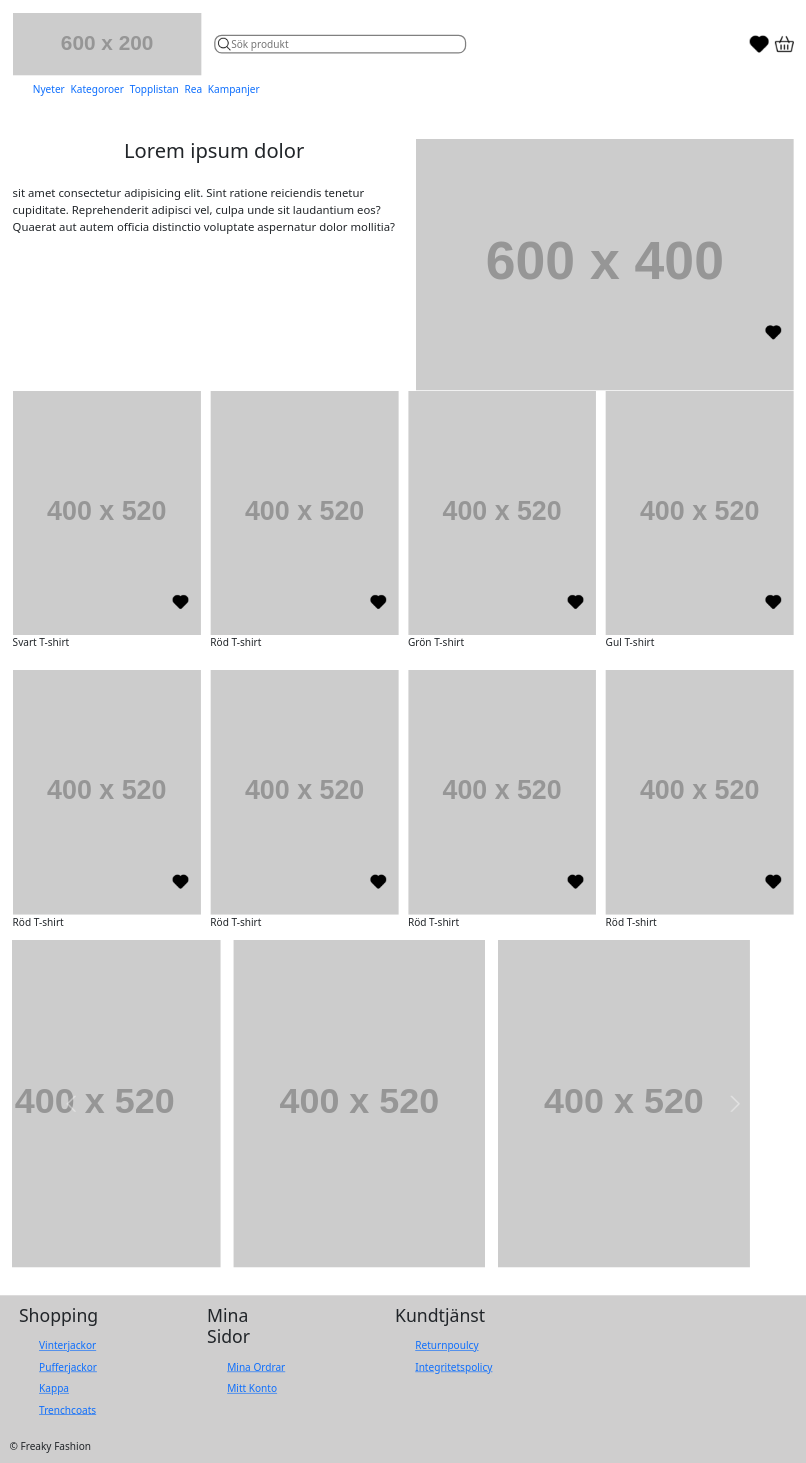
Repository: Kalle1995/project
Page: index.html
These files come from the project's save history. The page is drawn as it stood at one moment and after the next save; the edit follows.
The browser window is 1280 px wide. The pictures show the whole page, at 63% of full size.

Above is the page before, as saved 2024-10-06 20:27:39.

After the next save:
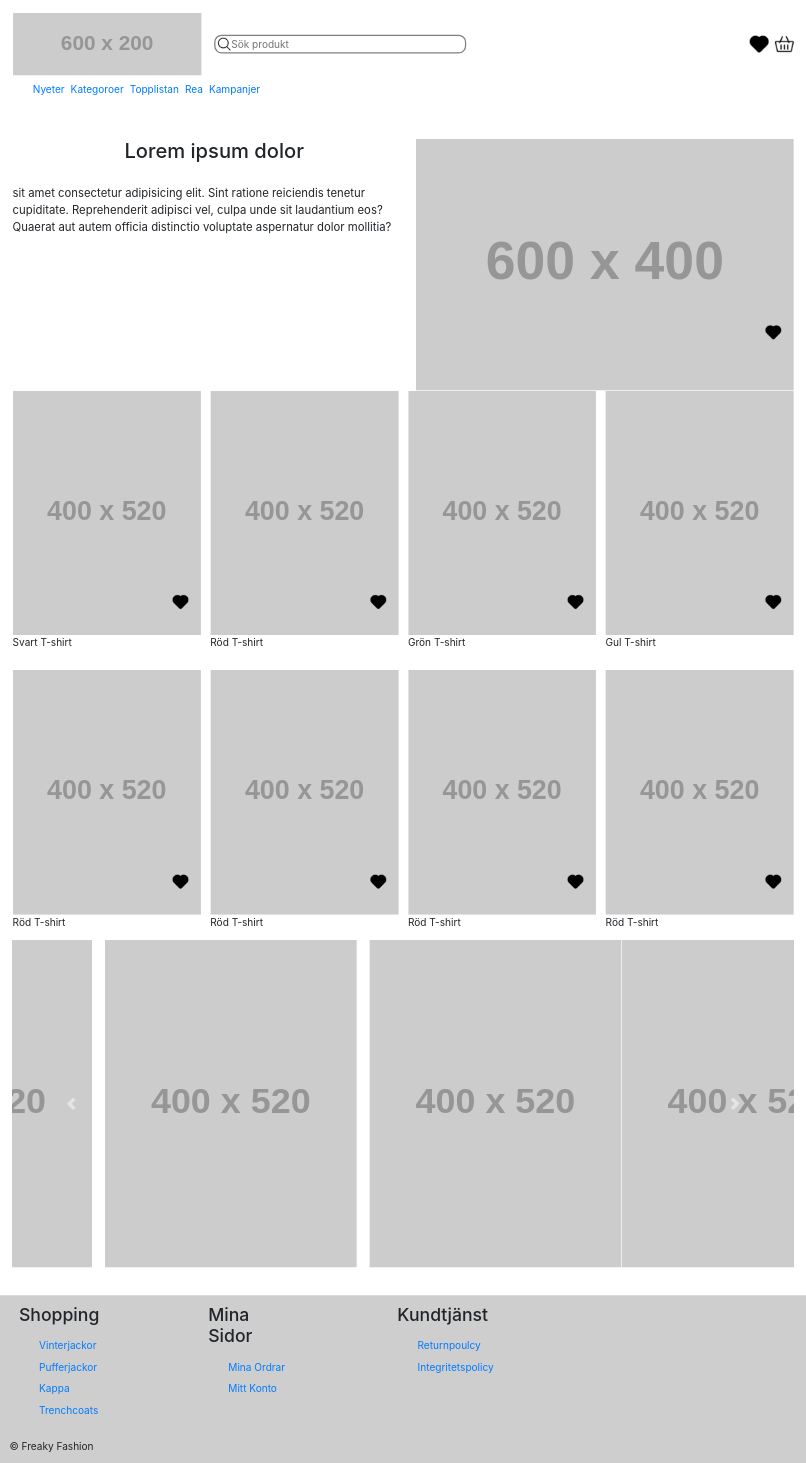
Saved 24 s later.
--- a/index.html
+++ b/index.html
@@ -10,19 +10,15 @@
 
   <script src="https://code.jquery.com/jquery-3.7.1.slim.min.js"
     integrity="sha256-kmHvs0B+OpCW5GVHUNjv9rOmY0IvSIRcf7zGUDTDQM8=" crossorigin="anonymous"></script>
+
+    <link href="https://cdn.jsdelivr.net/npm/bootstrap@5.0.2/dist/css/bootstrap.min.css" rel="stylesheet" integrity="sha384-EVSTQN3/azprG1Anm3QDgpJLIm9Nao0Yz1ztcQTwFspd3yD65VohhpuuCOmLASjC" crossorigin="anonymous">
+    <script src="https://cdn.jsdelivr.net/npm/bootstrap@5.0.2/dist/js/bootstrap.bundle.min.js" integrity="sha384-MrcW6ZMFYlzcLA8Nl+NtUVF0sA7MsXsP1UyJoMp4YLEuNSfAP+JcXn/tWtIaxVXM" crossorigin="anonymous"></script>
 
   <link rel="stylesheet" href="https://cdn.jsdelivr.net/npm/bootstrap@4.0.0/dist/css/bootstrap.min.css"
     integrity="sha384-Gn5384xqQ1aoWXA+058RXPxPg6fy4IWvTNh0E263XmFcJlSAwiGgFAW/dAiS6JXm" crossorigin="anonymous">
   <script src="https://cdn.jsdelivr.net/npm/bootstrap@4.0.0/dist/js/bootstrap.min.js"
     integrity="sha384-JZR6Spejh4U02d8jOt6vLEHfe/JQGiRRSQQxSfFWpi1MquVdAyjUar5+76PVCmYl"
     crossorigin="anonymous"></script>
-
-  <link href="https://cdn.jsdelivr.net/npm/bootstrap@5.0.2/dist/css/bootstrap.min.css" rel="stylesheet"
-    integrity="sha384-EVSTQN3/azprG1Anm3QDgpJLIm9Nao0Yz1ztcQTwFspd3yD65VohhpuuCOmLASjC" crossorigin="anonymous">
-  <script src="https://cdn.jsdelivr.net/npm/bootstrap@5.0.2/dist/js/bootstrap.bundle.min.js"
-    integrity="sha384-MrcW6ZMFYlzcLA8Nl+NtUVF0sA7MsXsP1UyJoMp4YLEuNSfAP+JcXn/tWtIaxVXM"
-    crossorigin="anonymous"></script>
-
 </head>
 
 <body>
@@ -209,8 +205,7 @@
         <div id="flush-collapseOne" class="accordion-collapse collapse" aria-labelledby="flush-headingOne"
           data-bs-parent="#accordionFlushExample">
           <div class="accordion-body">Placeholder content for this accordion, which is intended to demonstrate the
-            <code>.accordion-flush</code> class. This is the first item's accordion body.
-          </div>
+            <code>.accordion-flush</code> class. This is the first item's accordion body.</div>
         </div>
       </div>
       <div class="accordion-item">
@@ -224,8 +219,7 @@
           data-bs-parent="#accordionFlushExample">
           <div class="accordion-body">Placeholder content for this accordion, which is intended to demonstrate the
             <code>.accordion-flush</code> class. This is the second item's accordion body. Let's imagine this being
-            filled with some actual content.
-          </div>
+            filled with some actual content.</div>
         </div>
       </div>
       <div class="accordion-item">
@@ -240,8 +234,7 @@
           <div class="accordion-body">Placeholder content for this accordion, which is intended to demonstrate the
             <code>.accordion-flush</code> class. This is the third item's accordion body. Nothing more exciting
             happening here in terms of content, but just filling up the space to make it look, at least at first glance,
-            a bit more representative of how this would look in a real-world application.
-          </div>
+            a bit more representative of how this would look in a real-world application.</div>
         </div>
       </div>
     </div>
